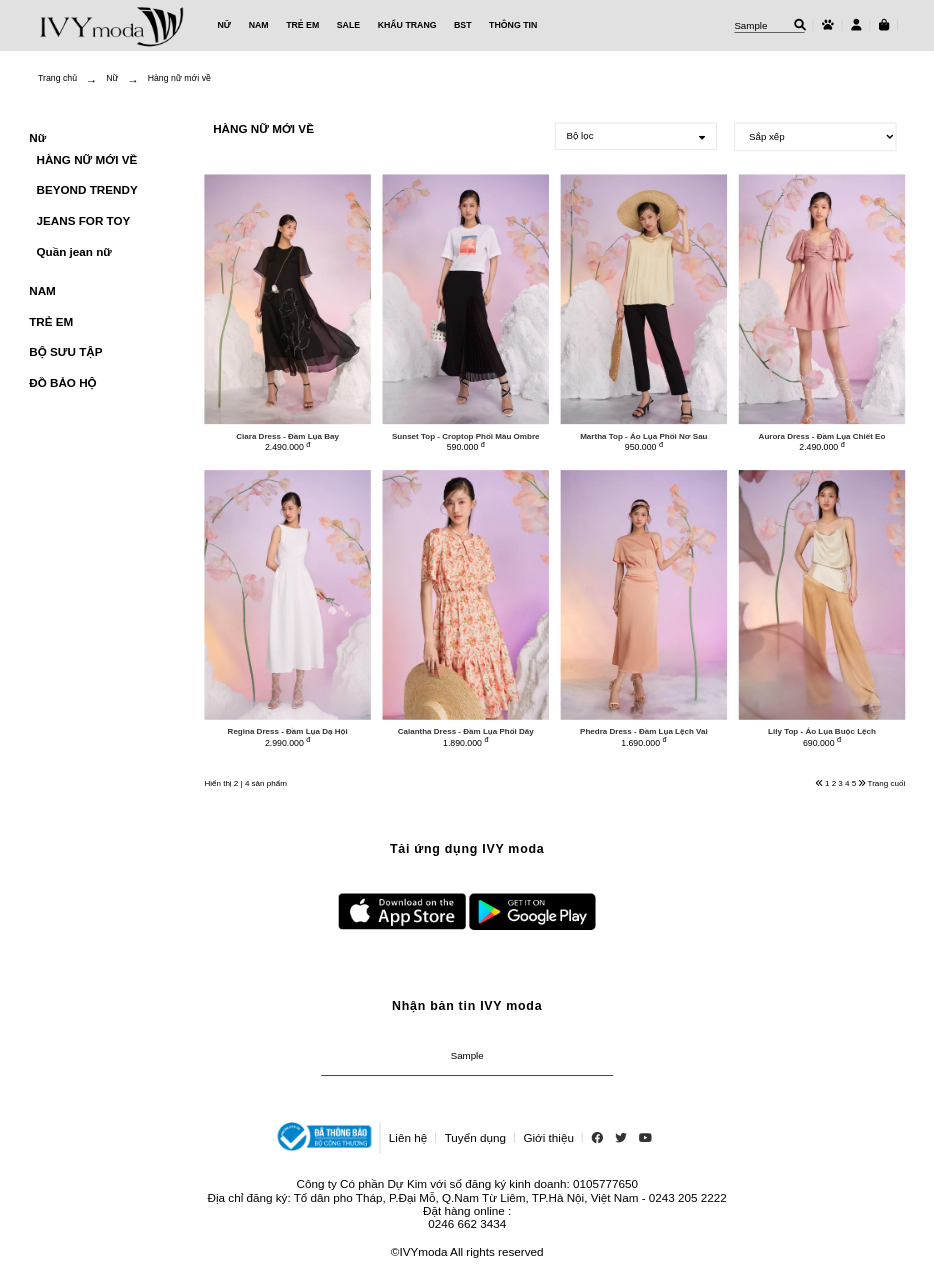
Repository: dinhvanbinh2310/ivy-moda
Page: cartegory.html
The author's editor kept a copy of each file at every save. The page is drawn from the files as they stood at one save, then again after the next save.
The browser window is 1280 px wide. The pictures show the whole page, at 73% of full size.
Empty fields were first filled with sample values (such as "Sample", 5 or name@example.com).
After loading, the first visible `li.cartegory-left-li` was clicked once.

Above is the page before, as saved 2022-05-05 16:02:10.

After the next save:
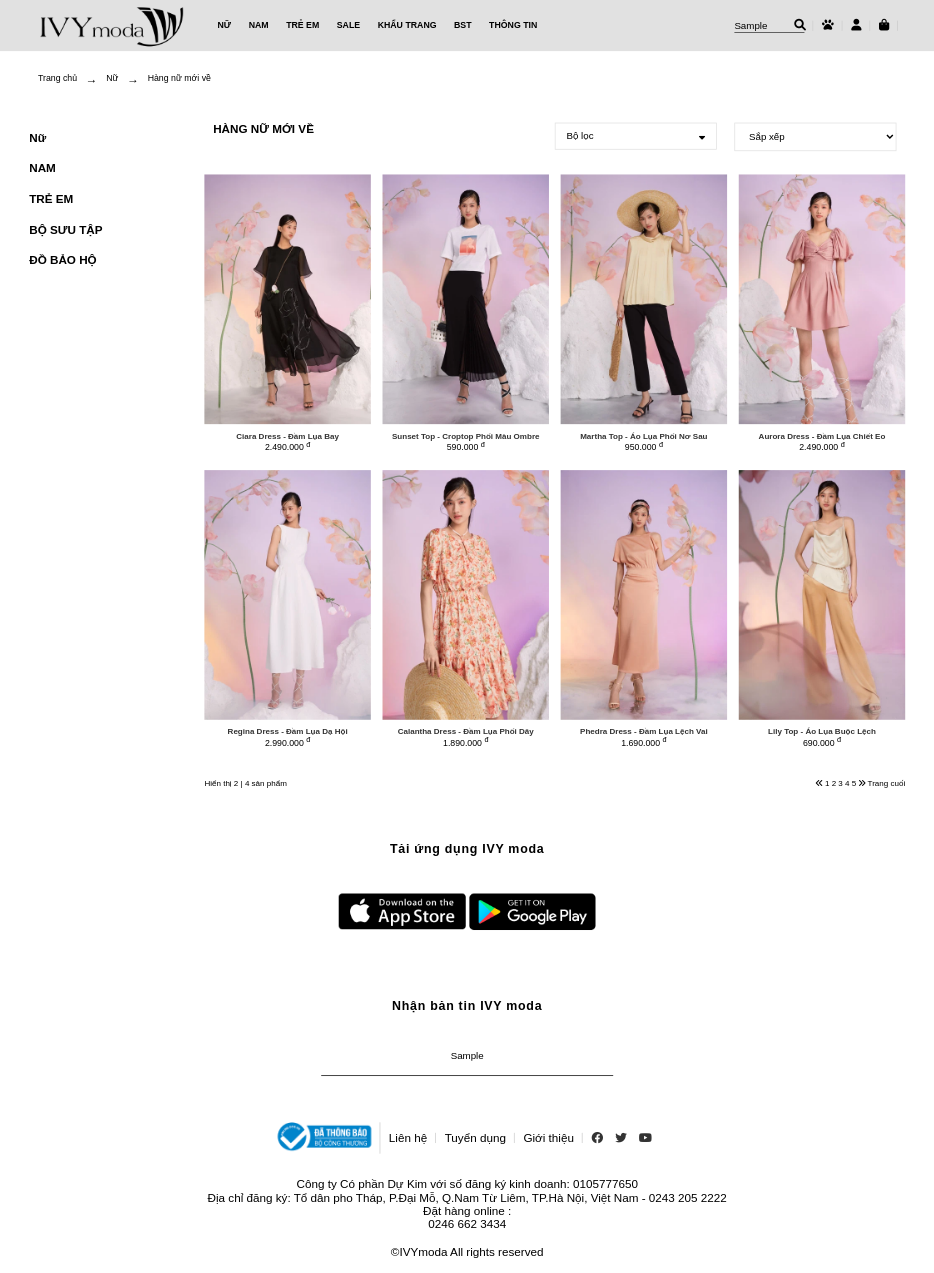
Saved 1 s later.
--- a/cartegory.html
+++ b/cartegory.html
@@ -216,7 +216,7 @@
     const itemssliderbar= document.querySelectorAll(".cartegory-left-li")
 itemssliderbar.forEach(function(menu,index){
   menu.addEventListener("click",function(){
-    menu.classList.toggle("block")
+    menu.classList.toggle(".block")
   })
 })
 </script>

After the save that followed:
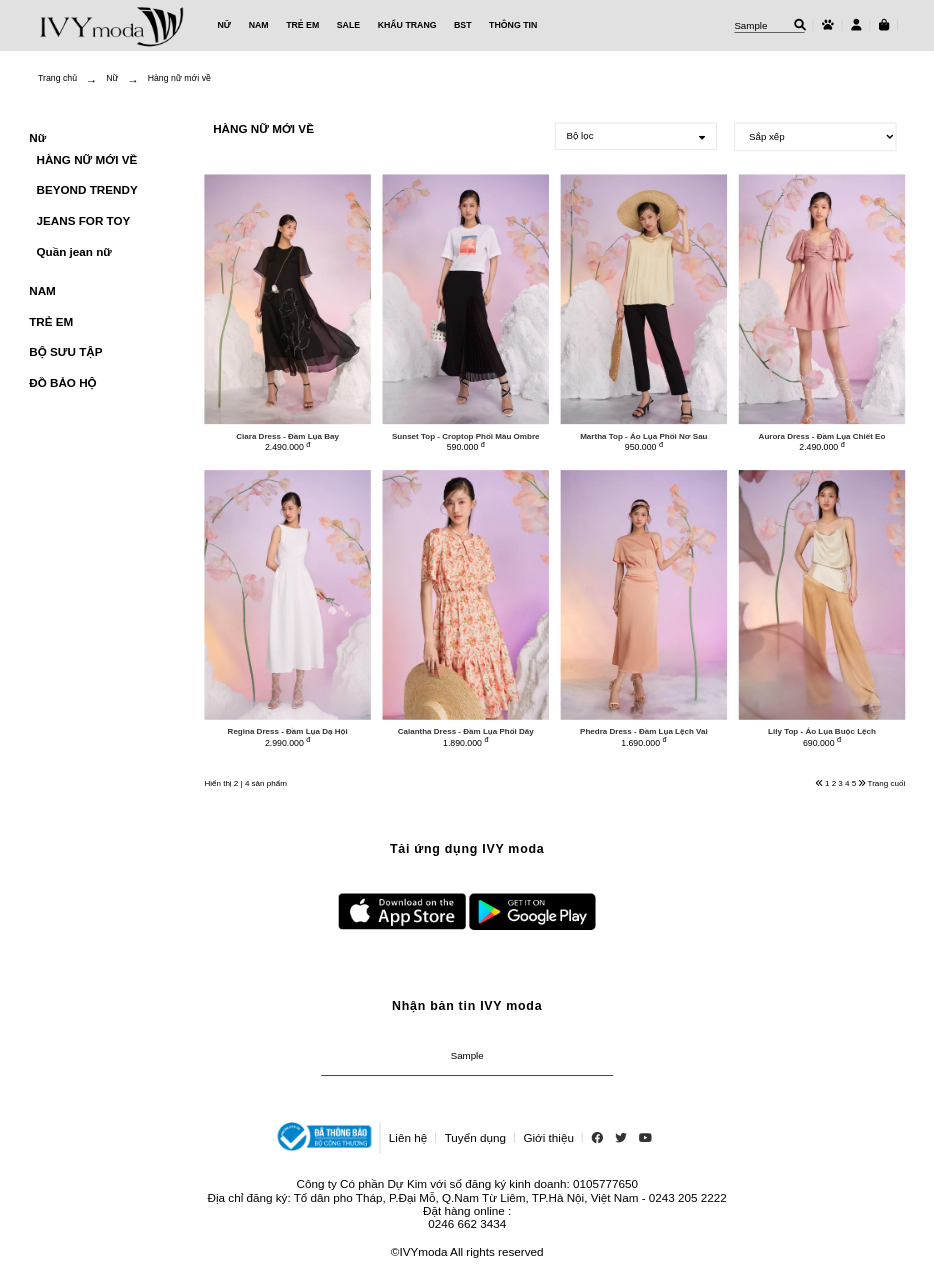
Saved 7 s later.
--- a/cartegory.html
+++ b/cartegory.html
@@ -216,7 +216,7 @@
     const itemssliderbar= document.querySelectorAll(".cartegory-left-li")
 itemssliderbar.forEach(function(menu,index){
   menu.addEventListener("click",function(){
-    menu.classList.toggle(".block")
+    menu.classList.toggle("block")
   })
 })
 </script>
